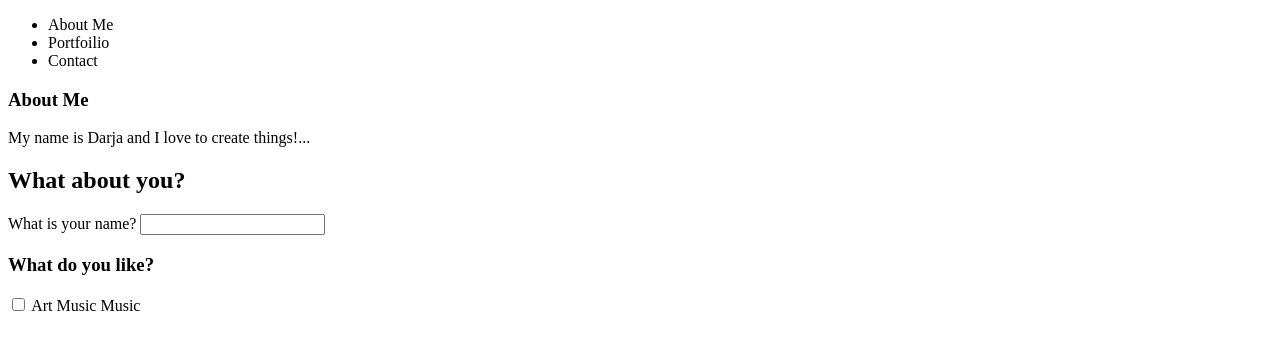
Repository: holyygreg/PortfolioProject
Page: code files/index.html
The author's editor kept a copy of each file at every save. The page is drawn from the files as they stood at one save, then again after a run of saves.
The browser window is 1280 px wide. The pictures show the whole page.

Above is the page before, as saved 2024-08-02 15:58:54.

### code files/index.html
<!DOCTYPE html>
<html lang="en">
<head>
    <meta charset="UTF-8">
    <meta name="viewport" content="width=device-width, initial-scale=1.0">
    <title>Document</title>
</head>

<body>
    <header>
        <nav>
            <ul>
                <li>About Me</li>
                <li>Portfoilio</li>
                <li>Contact</li>
            </ul>
        </nav>
    </header>

    <section>
        <article>
            <h1>About Me</h1>
            <p>My name is Darja and I love to create things!...</p>
        </article>
    </section>

    <section>
        <h2>What about you?</h2>
        <label>What is your name?</label>
        <input type="text"/>
        <br>

        <h3>What do you like?</h3>
        <input type="checkbox"/>
        <label>Art</label>
        <label>Music</label>
        <label>Music</label>

    </section>
</body>
</html>

After the next 2 saves:
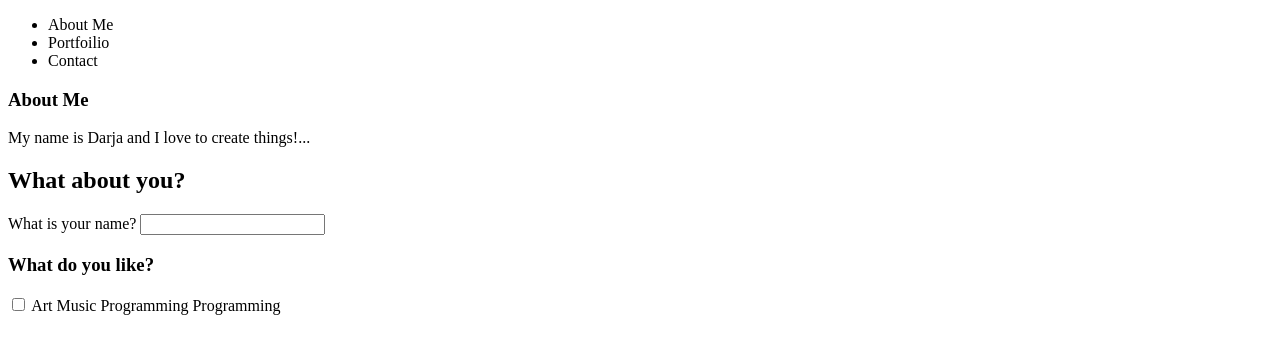
The 2 saves are shown as one change because they came seconds apart.
The last was saved 7 s later.
--- a/code files/index.html
+++ b/code files/index.html
@@ -34,7 +34,8 @@
         <input type="checkbox"/>
         <label>Art</label>
         <label>Music</label>
-        <label>Music</label>
+        <label>Programming</label>
+        <label>Programming</label>
 
     </section>
 </body>
